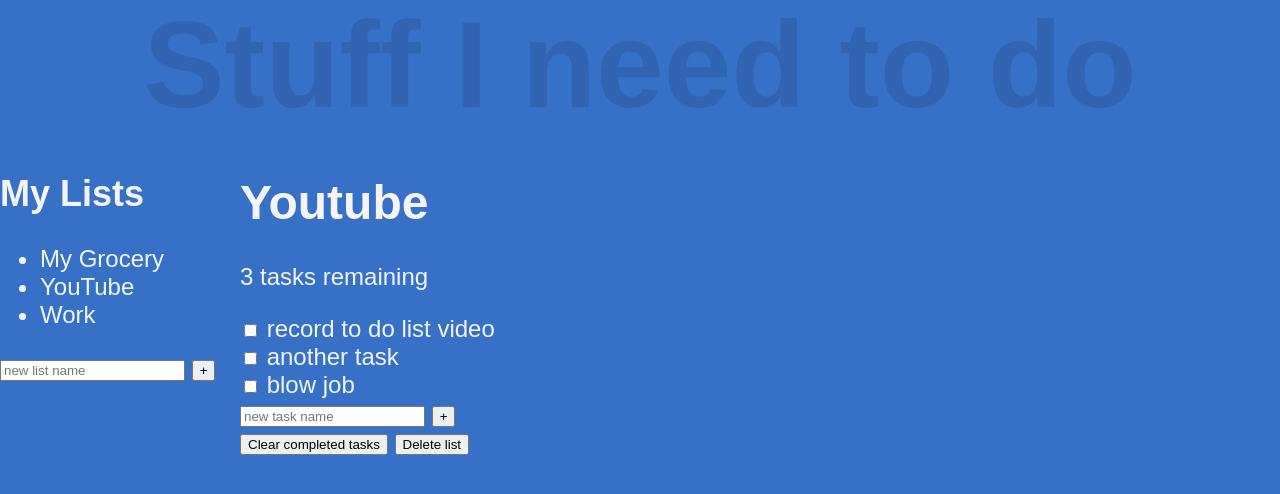
Repository: MohammadMazloum123/To-Do-List-App-
Page: index.html
These files come from the project's save history. The page is drawn as it stood at one moment and after a run of saves; the edit follows.
The browser window is 1280 px wide. The pictures show the whole page.

Above is the page before, as saved 2024-02-15 12:33:43.

### index.html
<!DOCTYPE html>
<html lang="en">
<head>
    <meta charset="UTF-8">
    <meta name="viewport" content="width=device-width, initial-scale=1.0">
    <title>To-Do List</title>
    <link rel="stylesheet" href="styles.css">
</head>
<body>
    <h1 class="title">Stuff I need to do</h1>
    <div class="all-tasks">
        <h2 class="task-list-title">My Lists</h2>
        <ul class="task-liist">
            <li class="active-list">My Grocery</li>
            <li>YouTube</li>
            <li>Work</li>
        </ul>
        <form>
            <input type="text" class="new list" placeholder="new list name" aria-label="new list name">
            <button class="btn list" aria-label="create new list">+</button>
        </form>
    </div>
    <div class="todo-list">
        <div class="todo-header">
            <h1 class="list-title">Youtube</h1>
            <p class="task-count">3 tasks remaining</p>
        </div>
        <div class="todo-body">
            <div class="tasks">
                <div class="task">
                    <input type="checkbox" id="task-1">
                    <label for="task-1">
                        <span class="custom-checkbox"></span>
                        record to do list video
                    </label>
                </div>
                <!--Task 1-->
                <div class="task">
                    <input type="checkbox" id="task-2">
                    <label for="task-2">
                        <span class="custom-checkbox"></span>
                        another task
                    </label>
                </div>
                <!--Task 2-->
                <div class="task">
                    <input type="checkbox" id="task-3">
                    <label for="task-3">
                        <span class="custom-checkbox"></span>
                        blow job
                    </label>
                </div>
                <!--Task 3-->
            </div>
            <div class="new-task-creator">
                <form>
                    <input type="text" class="new list" placeholder="new task name" aria-label="new task name">
                    <button class="btn task" aria-label="create new task">+</button>
                </form>
            </div>
            <div class="delete-stuff">
                <button class="btn delete">Clear completed tasks</button>
                <button class="btn delete">Delete list</button>
            </div>
        </div>
    </div>

</body>
</html>

### styles.css
:root{
    --clr-primary: rgb(54, 112, 199);
    --clr-light: #f4f4f4;
    --clr-dark:#333;
    --clr-warning: rgb(99, 36, 36);
}
*,
*::before,
*::after{
    font-family: inherit;
    box-sizing: border-box;
}

body{
    margin: 0;
    font-family: "Work Sans", sans-serif;
    font-weight: 300;
    font-size: 1.5rem;
    background-color: var(--clr-primary);
    color: var(--clr-light);
    display: grid;
    grid:
        "header header header header" auto
        "...... lists active ......" auto /
        1fr minmax(100px, 300px) minmax(250px, 500px) 1fr;
}
.title{
    grid-area: header;
    text-align: center;
    font-weight: 800;
    font-size: calc(7vw + 2rem);
    color: rgba(0, 0, 0, .1);
    margin: -.3rem 0 0.5rem;
}

After the next 2 saves:
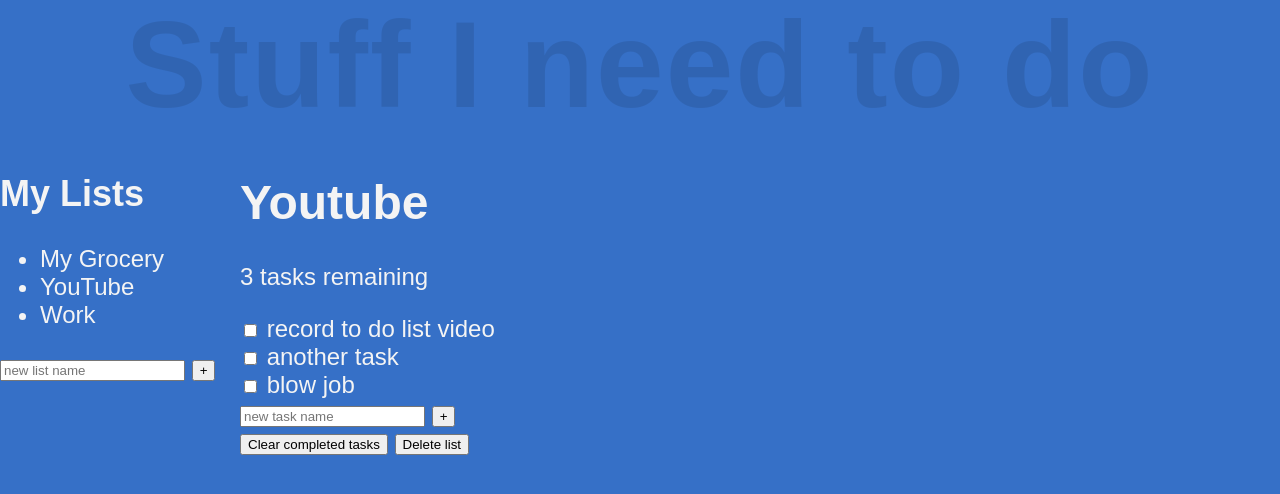
The 2 saves are shown as one change because they came seconds apart.
The last was saved 15 s later.
--- a/styles.css
+++ b/styles.css
@@ -31,4 +31,5 @@ body{
     font-size: calc(7vw + 2rem);
     color: rgba(0, 0, 0, .1);
     margin: -.3rem 0 0.5rem;
+    letter-spacing: 2px;
 }
